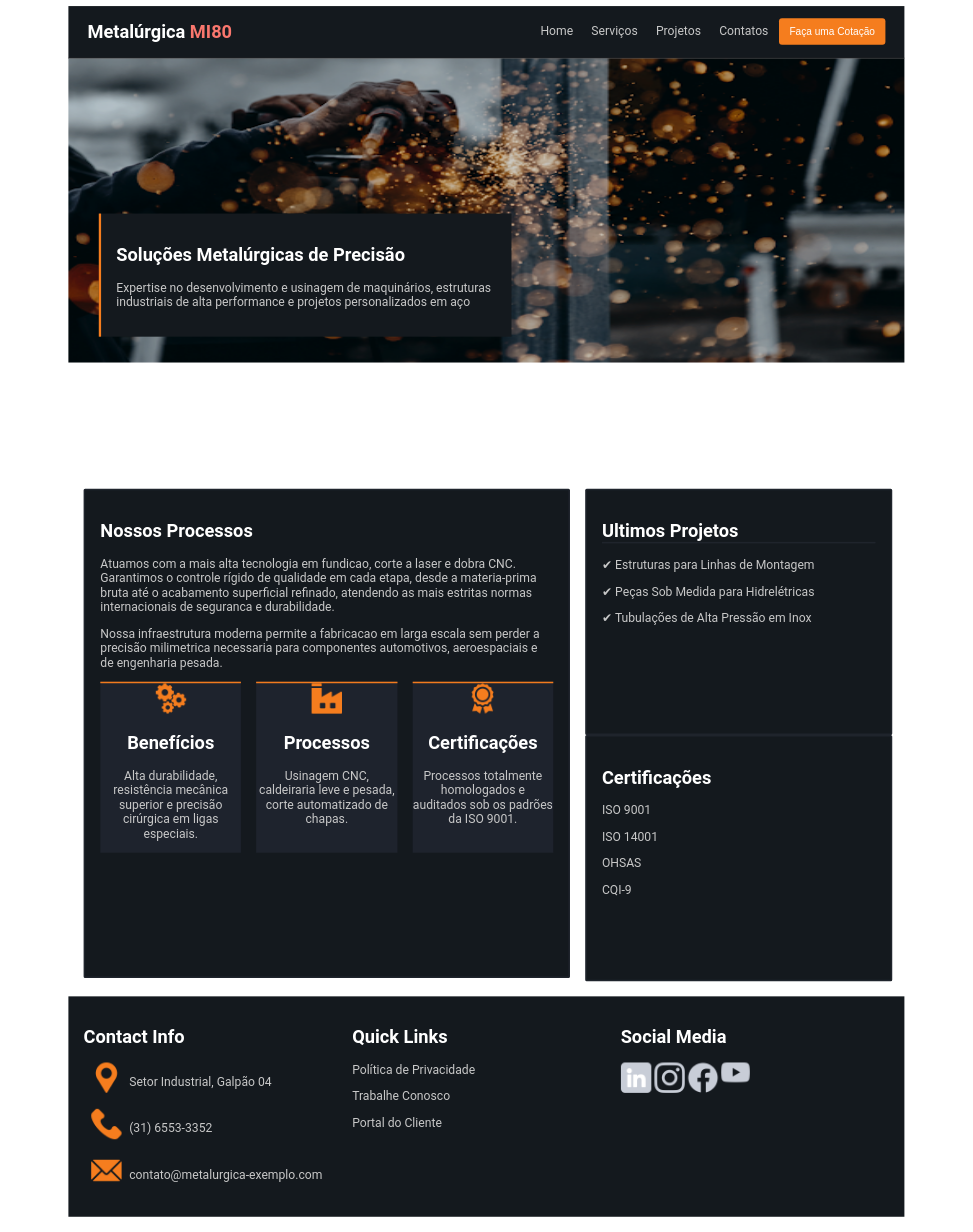
Repository: guiCherpinski/landing-page-metalurgica
Page: index.html
These files come from the project's save history. The page is drawn as it stood at one moment and after the next save; the edit follows.
The browser window is 1280 px wide. The pictures show the whole page, at 76% of full size.

Above is the page before, as saved 2026-06-08 15:20:52.

### index.html
<!DOCTYPE html>
<html lang="pt-br">
<head>
    <meta charset="UTF-8">
    <meta name="viewport" content="width=device-width, initial-scale=1.0">
    <title>Metalúrgica</title>
    <link rel="stylesheet" href="style.css">
</head>
<body>
    <header>
        <nav>
            <h1>Metalúrgica <span>MI80</span></h1>

            <div class = "buttons">
                <a href="/">Home</a>
                <a href="/">Serviços</a>
                <a href="/">Projetos</a>
                <a href="/">Contatos</a>
                <button>Faça uma Cotação</button>
            </div>
        </nav>
    </header>

    <main>
        <section class = "hero-section">
            <img src="./img/homem-serrando.png" alt="Foto de um Soldador">
            <div class = "text-hero">
                <h2>Soluções Metalúrgicas de Precisão</h2>
                <p>Expertise no desenvolvimento e usinagem de maquinários, estruturas industriais de alta performance e projetos personalizados em aço</p>
            </div>
        </section>
    </main>

    <section class = "all-sections">
        <section class = "our-process">

            <h2>Nossos Processos</h2>

            <p>Atuamos com a mais alta tecnologia em fundicao, corte a laser e dobra CNC. Garantimos o
                controle rígido de qualidade em cada etapa, desde a materia-prima bruta até o acabamento
                superficial refinado, atendendo as mais estritas normas internacionais de seguranca e
                durabilidade.
            </p>

            <p>Nossa infraestrutura moderna permite a fabricacao em larga escala sem perder a precisão
                milimetrica necessaria para componentes automotivos, aeroespaciais e de engenharia
                pesada.
            </p>

            <section class = "articles">
                <article class = "article-benefits">
                    <img src="./img/settings-gears.png" alt="Icone de engrenagens">
                    <h2>Benefícios</h2>
                    <p>Alta durabilidade, resistência mecânica superior e precisão cirúrgica em ligas especiais.</p>
                </article>

                <article class = "article-process">
                    <img src="./img/industry.png" alt="Icone de industria">
                    <h2>Processos</h2>
                    <p>Usinagem CNC, caldeiraria leve e pesada, corte automatizado de chapas.</p>
                </article>

                <article class = "article-certificates">
                    <img src="./img/medal.png" alt="Icone de medalha">
                    <h2>Certificações</h2>
                    <p>Processos totalmente homologados e auditados sob os padrões da ISO 9001.</p>
                </article>
            </section>
        </section>

        <div class = "grid">
            <section class = "last-projects">
                <h2>Ultimos Projetos</h2>
                <p>✔ Estruturas para Linhas de Montagem </p>
                <p>✔ Peças Sob Medida para Hidrelétricas</p>
                <p>✔ Tubulações de Alta Pressão em Inox</p>
            </section>

            <section class = "certificates">
                <h2>Certificações</h2>
                <p>ISO 9001</p>
                <p>ISO 14001</p>
                <p>OHSAS</p>
                <p>CQI-9</p>
            </section>
        </div>
    </section>


    <footer class = "rodape">
        <section>
            <h2>Contact Info</h2>

            <article class = "text-rodape">
                <img src="./img/placeholder.png" alt="Icone pin">
                <p>Setor Industrial, Galpão 04</p>
            </article>

            <article class = "text-rodape">
                <img src="./img/phone-call.png" alt="Icone de telefone">
                <p>(31) 6553-3352</p>
            </article>

            <article class = "text-rodape   ">
                <img src="./img/email.png" alt="Icone email">
                <p>contato@metalurgica-exemplo.com</p>
            </article>
        </section>

        <section>
            <h2>Quick Links</h2>
            <p>Política de Privacidade</p>
            <p>Trabalhe Conosco</p>
            <p>Portal do Cliente</p>
        </section>

        <section>
            <h2>Social Media</h2>
            <img src="./img/linkedin.png" alt="Icone linkedin">
            <img src="./img/instagram.png" alt="Icone instagram">
            <img src="./img/facebook.png" alt="Icone facebook">
            <img src="./img/youtube.png" alt="Icone youtube">
        </section>
    </footer>


</body>
</html>

### style.css
body{
    font-family: 'Roboto' , sans-serif;
    justify-items: center;
    /*background: #0A0A14;*/
}

header{
    background: #14191E;
    width: 1100px;
    border-bottom: 1px solid #2D2929;
}

header h1{
    color: white;
}

header h1 span {
    color: #FA776E;
}

header nav {
    display: flex;
    align-items: center;
    justify-content: space-between;
    margin-left: 25px;
    margin-right: 25px;
}

header nav a {
    margin-left: 10px;
    margin-right: 10px;
    text-decoration: none;
    color: #C8C8C8;
}


header button {
    width:140px;
    height: 35px;
    background: #F57D1E;
    border: none;
    border-radius: 4px;
    color: white;
}

header button:hover{
    cursor: pointer;
    background:#CC5500;
}

.hero-section img{
    width: 1100px;
    height: 400px;
}

.text-hero{
    background: #14191E;
    border-left: 3px solid #F57D1E;
    width: 500px;
    padding: 20px;
    position: relative;
    bottom: 200px;
    left: 40px;
}

.text-hero h2{
    color: white;
}

.text-hero p{
    color: #c8c8c8;
}

.articles{
    display: grid;
    grid-template-columns: 1fr 1fr 1fr;
    gap: 20px;
}

.our-process{
    background: #14191E;
    height: 600px;
    border: 2px solid #1F242C;
    border-radius: 2px;
    padding: 20px;
}

.our-process h2{
    color: white;
}

.our-process p{
    color: #c8c8c8;
}

.our-process img{
    width: 40px;
    height: 40px;
}

.article-benefits{
    background: #1E232D;
    border-top: 2px solid #F27B1E;
    text-align: center;
}

.article-process{
    background: #1E232D;
    border-top: 2px solid #F27B1E;
    text-align: center;
}

.article-certificates{
    background: #1E232D;
    border-top: 2px solid #F27B1E;
    text-align: center;
}

.last-projects{
    background: #14191E;
    border: 2px solid #1F242C;
    border-radius: 2px;
    padding: 20px;
    height: 280px;
    width: 360px;
}

.last-projects h2{
    color: white;
    border-bottom: 2px solid #1F242C;
}

.last-projects p {
    color: #c8c8c8;
}

.certificates{
    background: #14191E;
    border: 2px solid #1F242C;
    border-radius: 2px;
    height: 280px;
    width: 360px;
    padding: 20px;
}

.certificates h2{
    color: white;
}

.certificates p{
    color: #c8c8c8;
}

.all-sections{
    display: grid;
    grid-template-columns: 640px 400px;
    gap: 20px;
}

.rodape{
    padding: 20px;
    width: 1060px;
    margin: 20px;
    display: grid;
    grid-template-columns: 1fr 1fr 1fr;
    background: #14191E;
}

.rodape h2{
    color: white;
}

.rodape p{
    color: #c8c8c8;
}

.rodape img {
    width: 40px;
    height: 40px;
}

.text-rodape{
    border-top: #1F242C;
    display: flex;
    margin: 10px;
    gap: 10px;
}

.grid{
    display: grid;
    grid-template-columns: 1fr;
}

After the next save:
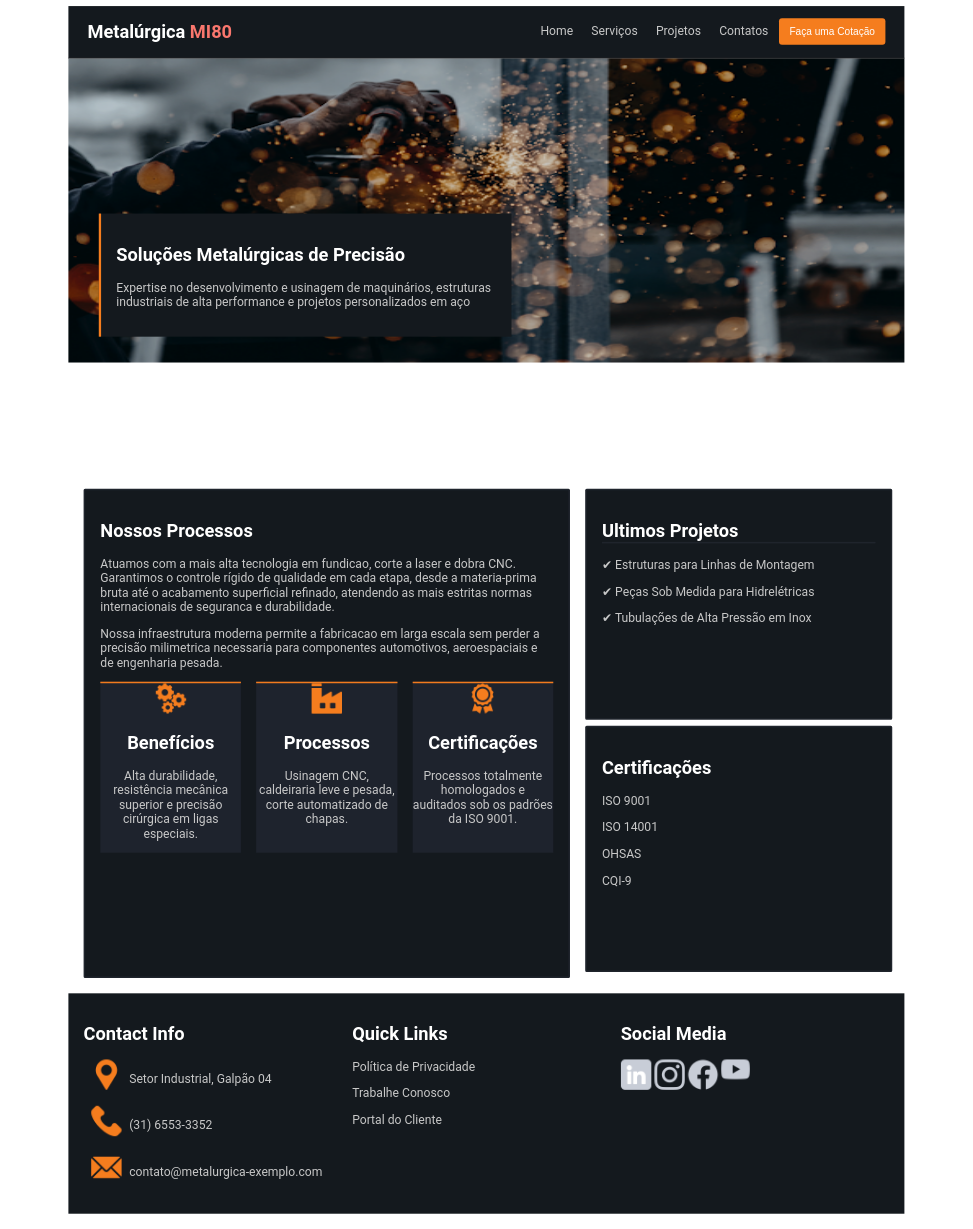
Saved 6 s later.
--- a/style.css
+++ b/style.css
@@ -121,7 +121,7 @@ header button:hover{
     border: 2px solid #1F242C;
     border-radius: 2px;
     padding: 20px;
-    height: 280px;
+    height: 260px;
     width: 360px;
 }
 
